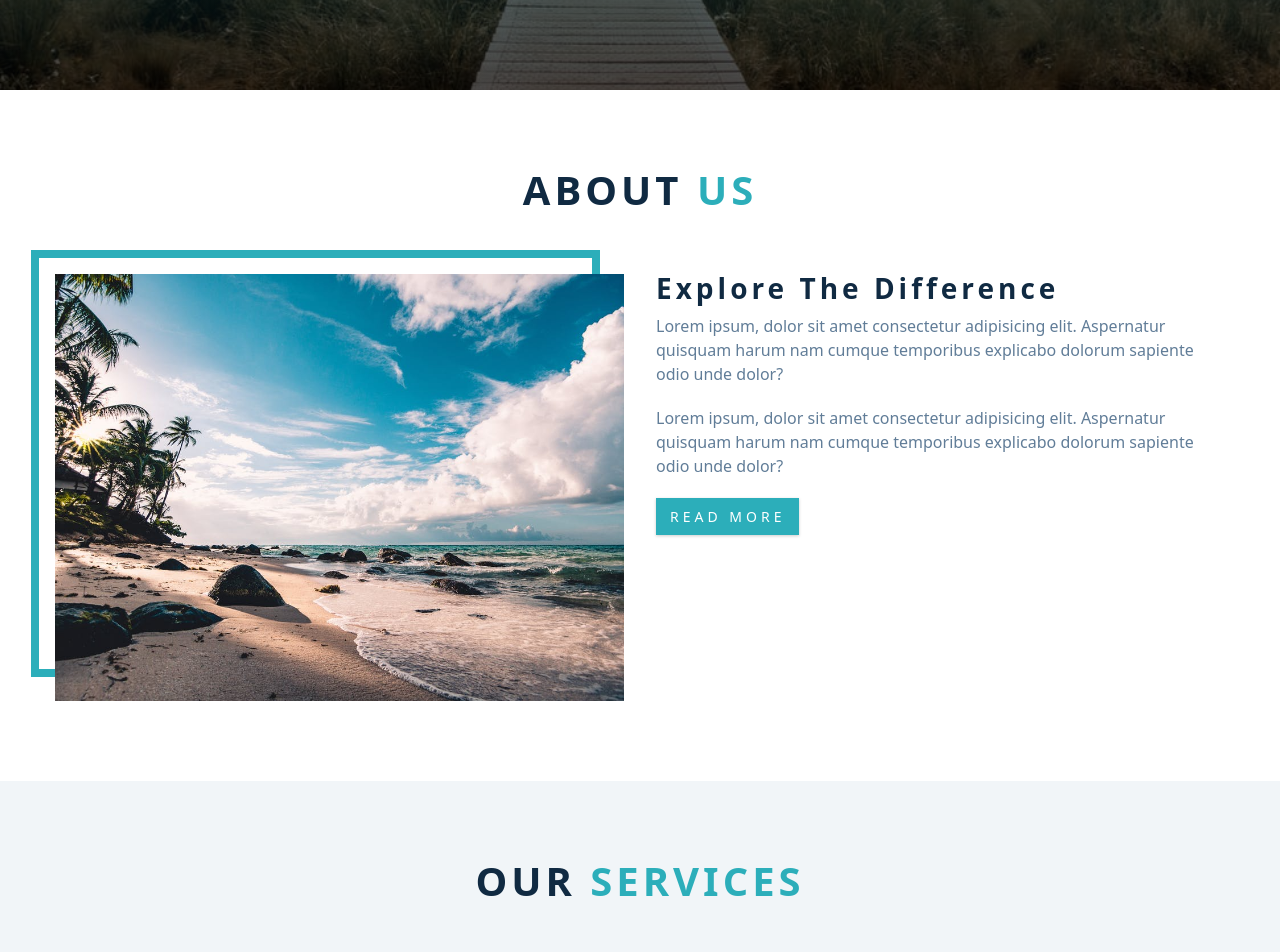
Repository: shivyank121/backRoad-app
Page: /
These files come from the project's save history. The page is drawn as it stood at one moment and after the next save; the edit follows.
The browser window is 1280 px wide. The pictures show the part of the page from y = 630 to 1582 px (the page is 3359 px tall before and 3463 px after).
Some web libraries are served in a nearby version. The project was rebuilt for these pictures with package versions that can differ from the ones it lists, and the page was loaded fresh each time.

Above is the page before, as saved 2023-08-21 01:14:57.

After the next save:
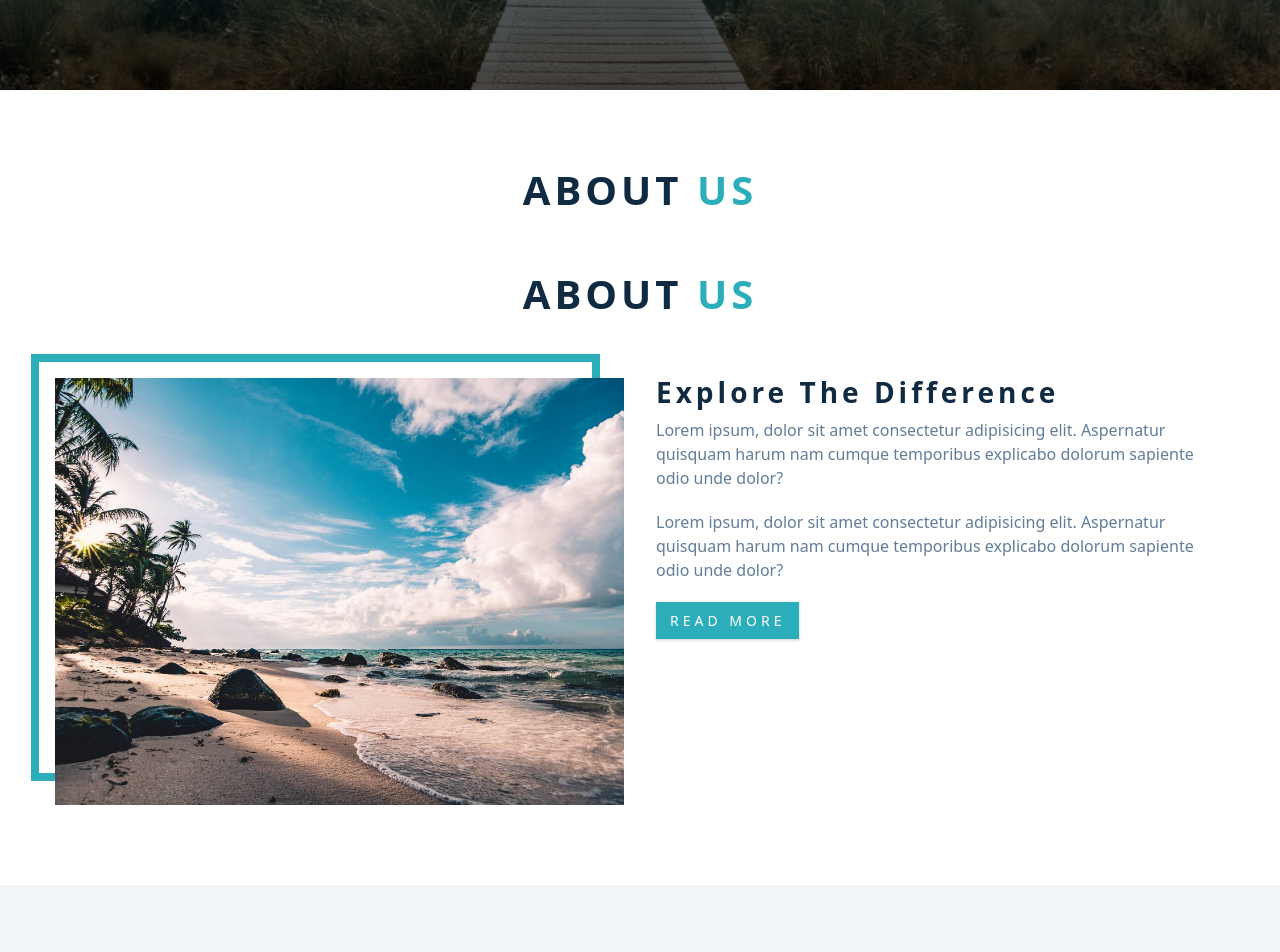
Saved 29 s later.
--- a/src/components/About.js
+++ b/src/components/About.js
@@ -1,10 +1,13 @@
 import React from 'react'
 import aboutImg from "../images/about.jpeg"
+import Title from './Title'
 
 export const About = () => {
   return (
 
     <section className="section" id="about">
+
+        <Title title='about' subtitle='us' />
       <div className="section-title">
         <h2>about <span>us</span></h2>
       </div>

After the save that followed:
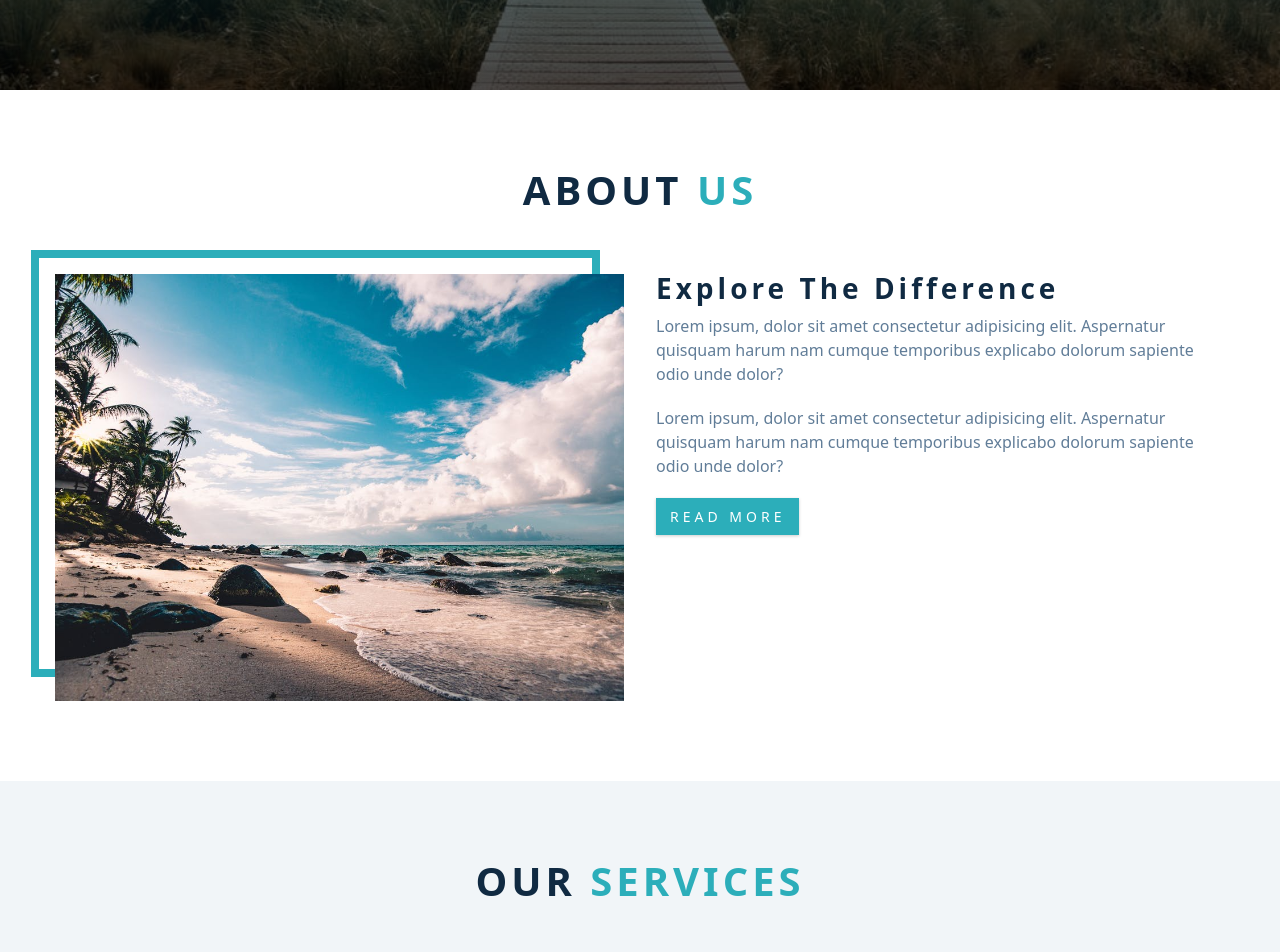
Saved 9 s later.
--- a/src/components/About.js
+++ b/src/components/About.js
@@ -8,9 +8,6 @@
     <section className="section" id="about">
 
         <Title title='about' subtitle='us' />
-      <div className="section-title">
-        <h2>about <span>us</span></h2>
-      </div>
 
       <div className="section-center about-center">
         <div className="about-img">
